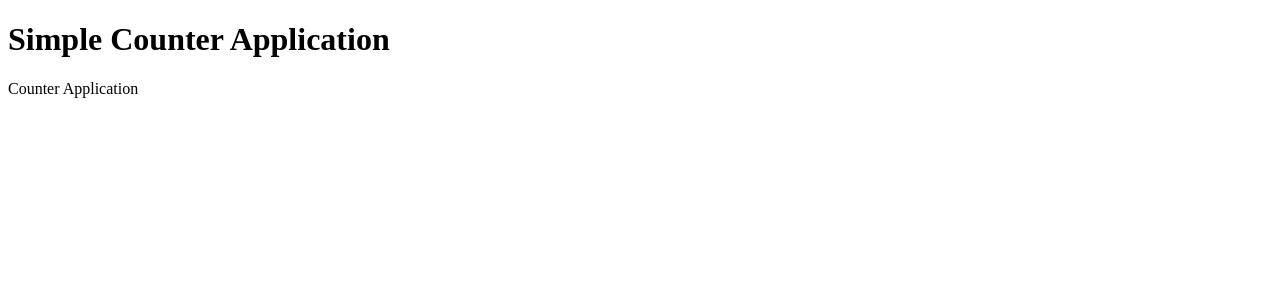
Repository: Wahid137/flight-booking-redux
Page: /
The author's editor kept a copy of each file at every save. The page is drawn from the files as they stood at one save, then again after a run of saves.
The browser window is 1280 px wide. The pictures show the whole page.
Some web libraries are served in a nearby version. The project was rebuilt for these pictures with package versions that can differ from the ones it lists, and the page was loaded fresh each time. Also part of the build but not shown: vite.config.js, src/index.css.

Above is the page before, as saved 2023-11-10 23:09:22.

After the next 2 saves:
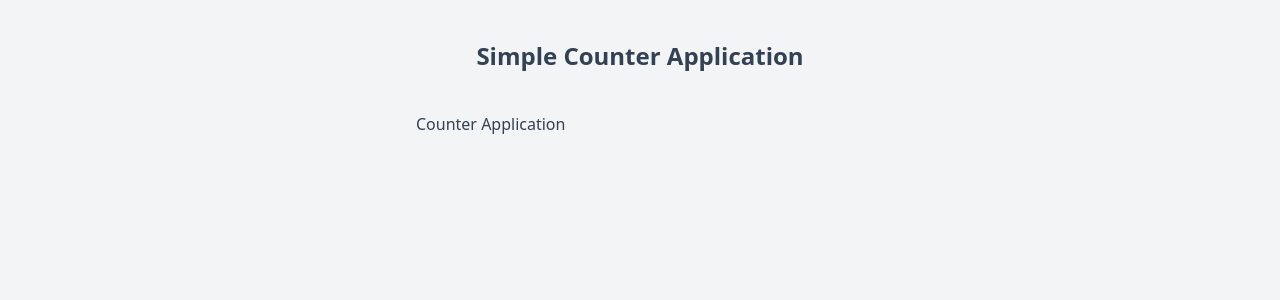
The 2 saves are shown as one change because they came seconds apart.
The last was saved 2 min 8 s later.
--- a/index.html
+++ b/index.html
@@ -4,6 +4,7 @@
     <meta charset="UTF-8" />
     <link rel="icon" type="image/svg+xml" href="/vite.svg" />
     <meta name="viewport" content="width=device-width, initial-scale=1.0" />
+    <script src="https://cdn.tailwindcss.com"></script>
     <title>Counter Application</title>
   </head>
   <body>
